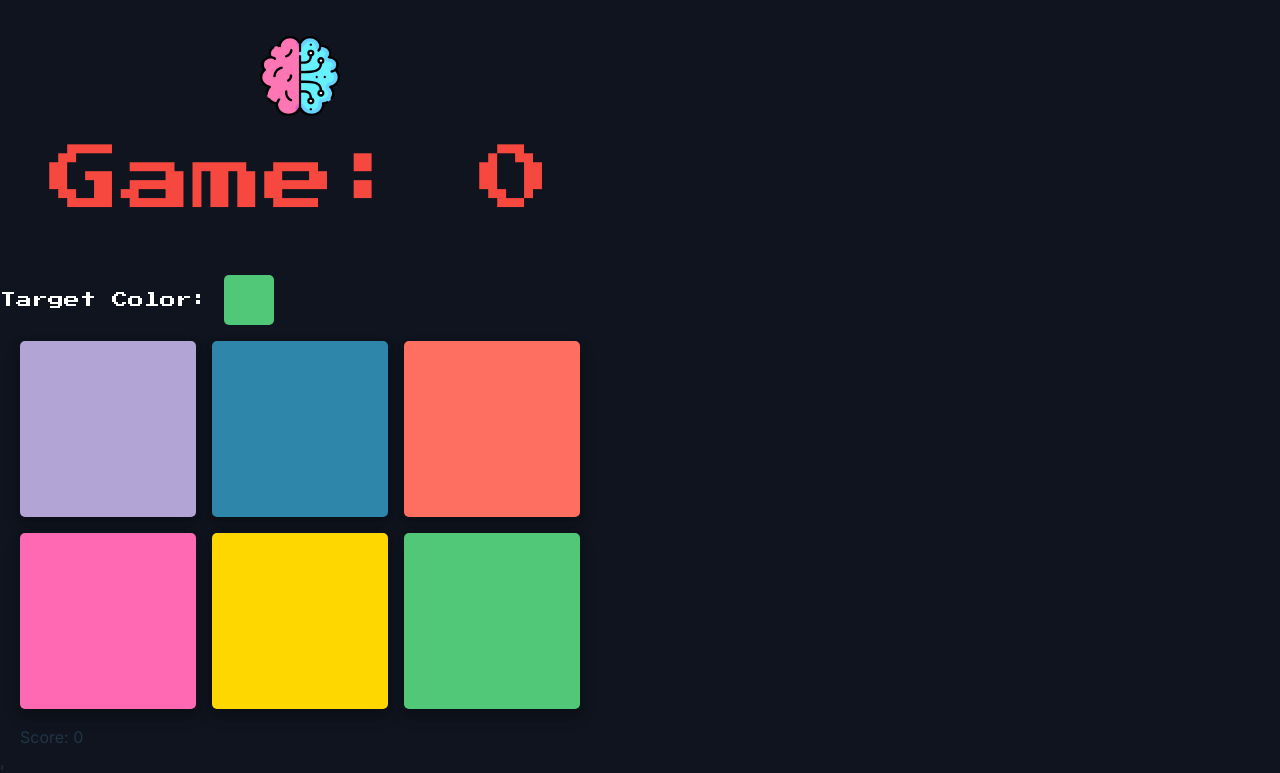
Repository: Shenixo/Color_match_game
Page: /game_play
The author's editor kept a copy of each file at every save. The page is drawn from the files as they stood at one save, then again after the next save.
The browser window is 1280 px wide. The pictures show the whole page.
The project was rebuilt for these pictures with package versions that can differ from the ones it lists, and the page was loaded fresh each time. Also part of the build but not shown: vite.config.js, src/Components/Tab/Tab.css, src/Components/Tab/Tab.jsx, src/Pages/Home/Home.jsx, src/Pages/Rules/Rules.css, src/Pages/Rules/Rules.jsx, src/Pages/Sound/Sound.jsx. Imported but missing from the stored project, and not drawn on this page: src/assets/button_clicks.wav, src/assets/game_theme_sound.mp4.

Above is the page before, as saved 2025-02-04 01:42:05.

After the next save:
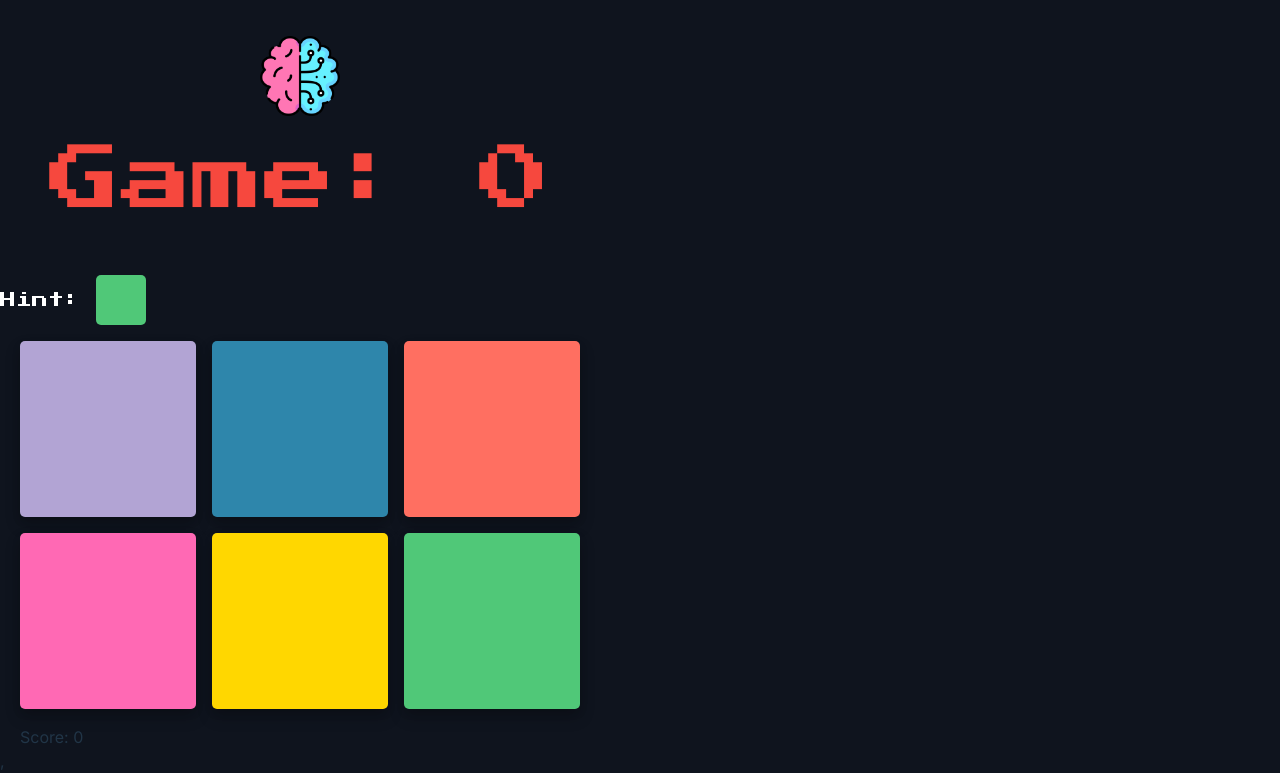
Saved 2 min 34 s later.
--- a/src/Components/ScoreNdColorBox/ScoreNdColorBox.jsx
+++ b/src/Components/ScoreNdColorBox/ScoreNdColorBox.jsx
@@ -6,7 +6,7 @@ const ScoreNdColorBox = () => {
   return (
     <div className="score_nd_color_box">
       <div className="target_card">
-        <p>Target Color:</p>{" "}
+        <p>Hint:</p>{" "}
         <ChosenColor/>
       </div>
     </div>
